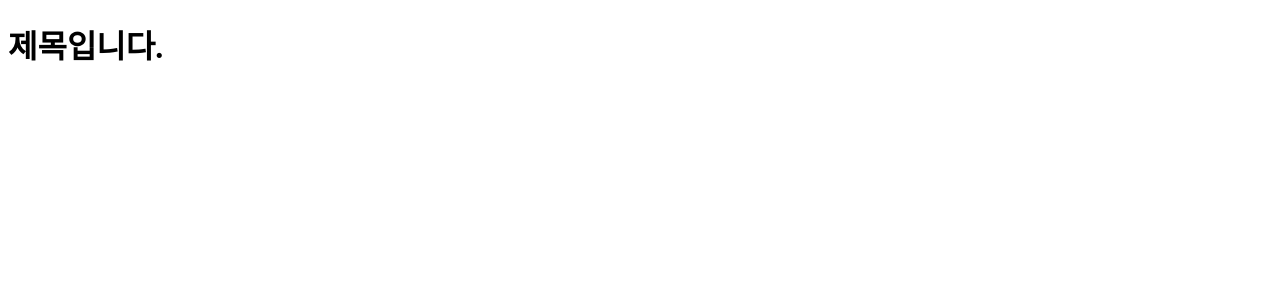
Repository: heoSuKyeong/client_Ssanyong
Page: ClientTest/src/main/webapp/html/ex14_tag.html
The author's editor kept a copy of each file at every save. The page is drawn from the files as they stood at one save, then again after the next save.
The browser window is 1280 px wide. The pictures show the whole page.

Above is the page before, as saved 2023-09-20 08:01:10.

After the next save:
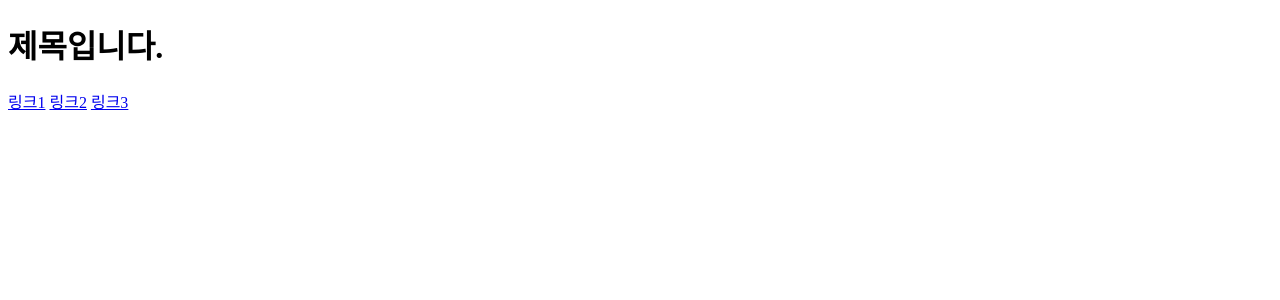
Saved 6 min 31 s later.
--- a/ClientTest/src/main/webapp/html/ex14_tag.html
+++ b/ClientTest/src/main/webapp/html/ex14_tag.html
@@ -8,7 +8,9 @@
 
 	<h1>제목입니다.</h1>
 
-
+	<a href="https://naver.com">링크1</a>
+	<a href="https://naver.com">링크2</a>
+	<a href="https://naver.com">링크3</a>
 
 
 
